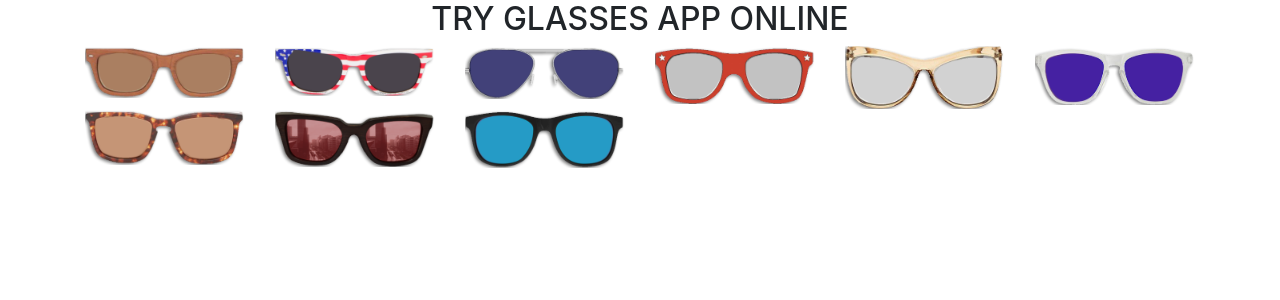
Repository: phongthanhh/ChoseGlass
Page: /
The author's editor kept a copy of each file at every save. The page is drawn from the files as they stood at one save, then again after a run of saves.
The browser window is 1280 px wide. The pictures show the whole page.
The project was rebuilt for these pictures with package versions that can differ from the ones it lists, and the page was loaded fresh each time.

Above is the page before, as saved 2022-12-25 15:33:22.

### public/index.html
<!DOCTYPE html>
<html lang="en">
  <head>
    <meta charset="utf-8" />
    <link rel="icon" href="%PUBLIC_URL%/favicon.ico" />
    <meta name="viewport" content="width=device-width, initial-scale=1" />
    <meta name="theme-color" content="#000000" />
    <meta
      name="description"
      content="Web site created using create-react-app"
    />

      <!-- Bootstrap CSS -->
      <link rel="stylesheet" href="https://stackpath.bootstrapcdn.com/bootstrap/4.3.1/css/bootstrap.min.css" integrity="sha384-ggOyR0iXCbMQv3Xipma34MD+dH/1fQ784/j6cY/iJTQUOhcWr7x9JvoRxT2MZw1T" crossorigin="anonymous">
    <link rel="apple-touch-icon" href="%PUBLIC_URL%/logo192.png" />
    <!--
      manifest.json provides metadata used when your web app is installed on a
      user's mobile device or desktop. See https://developers.google.com/web/fundamentals/web-app-manifest/
    -->
    <link rel="manifest" href="%PUBLIC_URL%/manifest.json" />
    <!--
      Notice the use of %PUBLIC_URL% in the tags above.
      It will be replaced with the URL of the `public` folder during the build.
      Only files inside the `public` folder can be referenced from the HTML.

      Unlike "/favicon.ico" or "favicon.ico", "%PUBLIC_URL%/favicon.ico" will
      work correctly both with client-side routing and a non-root public URL.
      Learn how to configure a non-root public URL by running `npm run build`.
    -->
    <title>React App</title>
  </head>
  <body>
    <noscript>You need to enable JavaScript to run this app.</noscript>
    <div id="root"></div>
    <!--
      This HTML file is a template.
      If you open it directly in the browser, you will see an empty page.

      You can add webfonts, meta tags, or analytics to this file.
      The build step will place the bundled scripts into the <body> tag.

      To begin the development, run `npm start` or `yarn start`.
      To create a production bundle, use `npm run build` or `yarn build`.
    -->

     <!-- Optional JavaScript -->
    <!-- jQuery first, then Popper.js, then Bootstrap JS -->
    <script src="https://code.jquery.com/jquery-3.3.1.slim.min.js" integrity="sha384-q8i/X+965DzO0rT7abK41JStQIAqVgRVzpbzo5smXKp4YfRvH+8abtTE1Pi6jizo" crossorigin="anonymous"></script>
    <script src="https://cdnjs.cloudflare.com/ajax/libs/popper.js/1.14.7/umd/popper.min.js" integrity="sha384-UO2eT0CpHqdSJQ6hJty5KVphtPhzWj9WO1clHTMGa3JDZwrnQq4sF86dIHNDz0W1" crossorigin="anonymous"></script>
    <script src="https://stackpath.bootstrapcdn.com/bootstrap/4.3.1/js/bootstrap.min.js" integrity="sha384-JjSmVgyd0p3pXB1rRibZUAYoIIy6OrQ6VrjIEaFf/nJGzIxFDsf4x0xIM+B07jRM" crossorigin="anonymous"></script>
  </body>
</html>

### src/App.js
import logo from './logo.svg';
import './App.css';
import BTGlass from './ChoseGlass/BTGlass';

function App() {
  return (
    <div className="App">
      <BTGlass />
    </div>
  );
}

export default App;

### src/ChoseGlass/BTGlass.jsx
import React, { Component } from 'react';

class BTGlass extends Component {

    listGlass = [
        {
            "id": 1,
            "price": 30,
            "name": "GUCCI G8850U",
            "url": "./img/v1.png",
            "desc": "Light pink square lenses define these sunglasses, ending with amother of pearl effect tip. "
        },
        {
            "id": 2,
            "price": 50,
            "name": "GUCCI G8759H",
            "url": "./img/v2.png",
            "desc": "Light pink square lenses define these sunglasses, ending with amother of pearl effect tip. "
        },
        {
            "id": 3,
            "price": 30,
            "name": "DIOR D6700HQ",
            "url": "./img/v3.png",
            "desc": "Light pink square lenses define these sunglasses, ending with amother of pearl effect tip. "
        },
        {
            "id": 4,
            "price": 70,
            "name": "DIOR D6005U",
            "url": "./img/v4.png",
            "desc": "Light pink square lenses define these sunglasses, ending with amother of pearl effect tip. "
        },
        {
            "id": 5,
            "price": 40,
            "name": "PRADA P8750",
            "url": "./img/v5.png",
            "desc": "Light pink square lenses define these sunglasses, ending with amother of pearl effect tip. "
        },
        {
            "id": 6,
            "price": 60,
            "name": "PRADA P9700",
            "url": "./img/v6.png",
            "desc": "Light pink square lenses define these sunglasses, ending with amother of pearl effect tip. "
        },
        {
            "id": 7,
            "price": 80,
            "name": "FENDI F8750",
            "url": "./img/v7.png",
            "desc": "Light pink square lenses define these sunglasses, ending with amother of pearl effect tip. "
        },
        {
            "id": 8,
            "price": 100,
            "name": "FENDI F8500",
            "url": "./img/v8.png",
            "desc": "Light pink square lenses define these sunglasses, ending with amother of pearl effect tip. "
        },
        {
            "id": 9,
            "price": 60,
            "name": "FENDI F4300",
            "url": "./img/v9.png",
            "desc": "Light pink square lenses define these sunglasses, ending with amother of pearl effect tip. "
        }
    ]

    renderListGlass = () => {
        return this.listGlass.map(glass => {
            return (
                <div className="col-2">
                    <img style={{ width: '100%' }} src={glass.url} alt="" />
                </div>
            )
        })
    }


    render() {
        return (
            <div>
                <section className='main'>
                    <h2>TRY GLASSES APP ONLINE</h2>
                    <div className="item container">
                        <div className="row">
                            {this.renderListGlass()}
                        </div>
                    </div>
                </section>
            </div>
        );
    }
}

export default BTGlass;

Loaded but not shown: src/index.js (common file); src/index.css (common file); src/reportWebVitals.js (common file); src/App.css (common file)

After the next 3 saves:
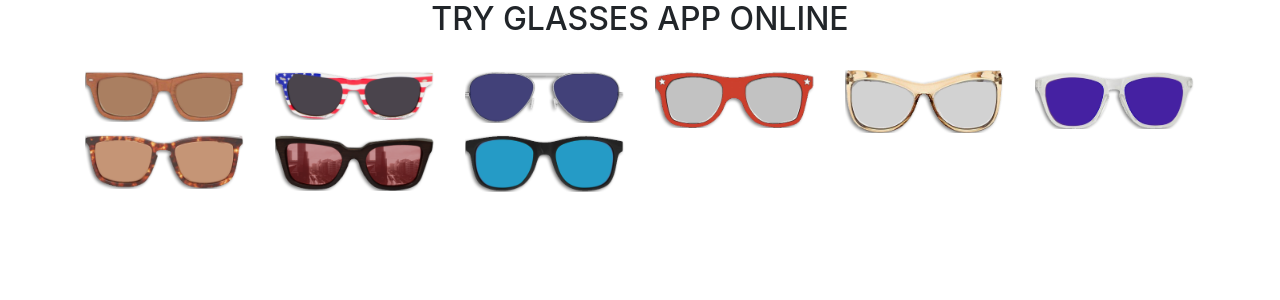
The 3 saves are shown as one change because they came seconds apart.
The last was saved 22 s later.
--- a/src/ChoseGlass/BTGlass.jsx
+++ b/src/ChoseGlass/BTGlass.jsx
@@ -86,6 +86,11 @@
                     <h2>TRY GLASSES APP ONLINE</h2>
                     <div className="item container">
                         <div className="row">
+                            <div className="col-6">
+                                <img src="" alt="" />
+                            </div>
+                        </div>
+                        <div className="row">
                             {this.renderListGlass()}
                         </div>
                     </div>
